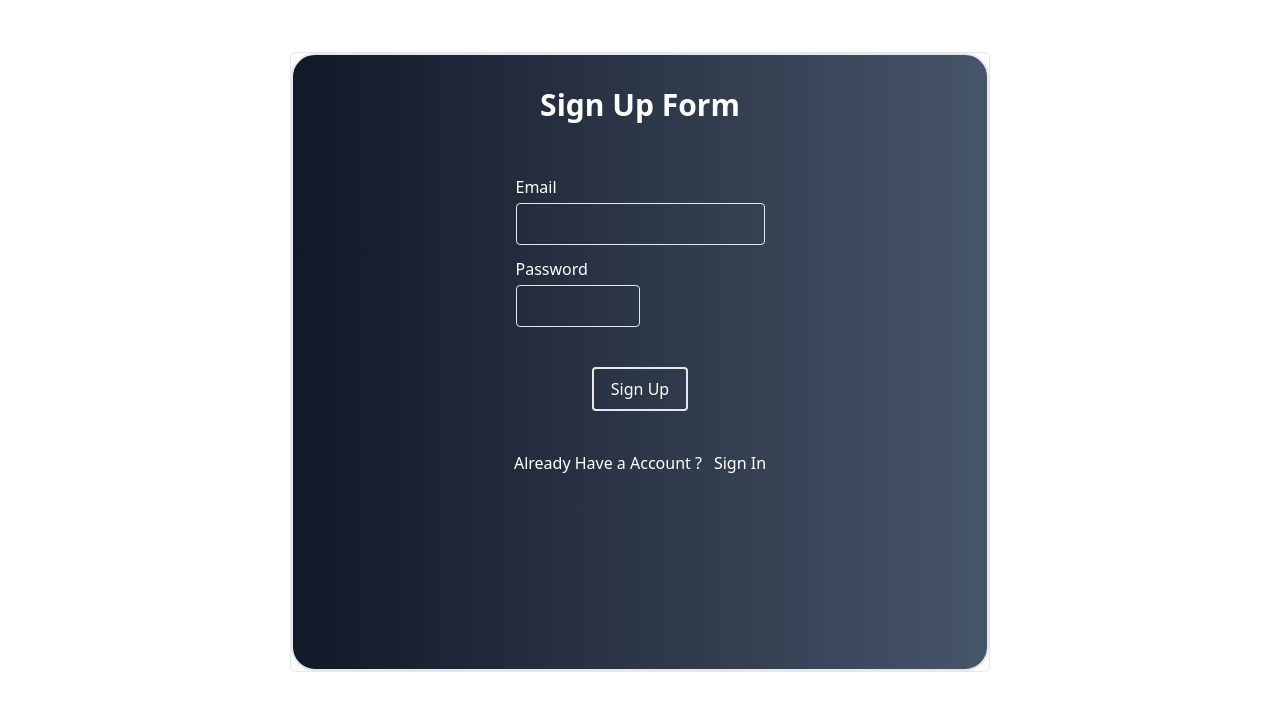
Repository: OmkarTidke8080/Assessment
Page: /sign-in (app in frontend/)
The author's editor kept a copy of each file at every save. The page is drawn from the files as they stood at one save, then again after the next save.
The browser window is 1280 px wide. The pictures show the whole page.
The project was rebuilt for these pictures with package versions that can differ from the ones it lists, and the page was loaded fresh each time. Also part of the build but not shown: frontend/vite.config.js, frontend/src/components/HomePage.jsx, frontend/src/components/SignUp.jsx.

Above is the page before, as saved 2024-10-19 22:17:25.

### frontend/src/App.jsx
import { useEffect, useState } from "react";
import "./App.css";
import LandingPage from "./components/HomePage.jsx";
import SignUp from "./components/SignUp.jsx";
import { BrowserRouter, Routes, Route } from "react-router-dom";
import ScaleLoader from "react-spinners/ScaleLoader";
import SignIn from "./components/SignIn.jsx";

function App() {
  const [isLoading, setIsLoading] = useState(true);

  useEffect(() => {
    const timer = setTimeout(() => {
      setIsLoading(false);
    }, 2000);

    return () => clearTimeout(timer);
  });
  return (
    <>
      {isLoading ? (
        <div
          style={{
            display: "flex",
            justifyContent: "center",
            alignItems: "center",
            height: "100vh",
            backgroundColor: "#fff",
          }}
        >
          {" "}
          <ScaleLoader />
        </div>
      ) : (
        <BrowserRouter>
          <Routes>
            <Route path={"/"} element={<LandingPage />} />
            <Route path={"/sign-up"} element={<SignUp />} />
            <Route path={"/sign-in"} element={<SignIn />} />
          </Routes>
        </BrowserRouter>
      )}
    </>
  );
}

export default App;

### frontend/src/components/SignIn.jsx
import React from 'react'

function SignIn() {
    return (
      <div className="flex justify-center items-center mt-5">
        <div className="flex border  rounded-md h-[620px] w-[700px]">
          <div className="form border-2 rounded-3xl text-white w-full bg-gradient-to-r from-gray-900 to-slate-600 ">
            <div className="form-heading text-center mt-8 mb-6">
              <h1 className="text-3xl font-bold text-white mb-2">
                Sign Up Form
              </h1>
            </div>
            <form>
              <div className="flex justify-center mt-10 ">
                <div>
                  <div className="mt-3">
                    <label htmlFor="email" className=" flex mb-1">
                      Email
                    </label>
                    <input
                      type="text"
                      id="email"
                      className="text-black bg-inherit w-full flex border rounded p-2"
                      required
                    />
                  </div>

                  <div className="mt-3 w-1/2">
                    <label htmlFor="username" className=" flex mb-1">
                      Password
                    </label>
                    <input
                      type="text"
                      id="FistName"
                      className="text-black bg-inherit w-full flex border rounded p-2"
                      required
                    />
                  </div>
                </div>
              </div>

              <div className="sign-up-button m-10">
                <button className="border-2 rounded p-2 w-24 hover:border-green-700 ">
                  Sign Up
                </button>
              </div>
              <div className="AlreadyAccount flex justify-center gap-x-3">
                <h2>Already Have a Account ?</h2>
                <button>Sign In</button>
              </div>
            </form>
          </div>
        </div>
      </div>
    );
}

export default SignIn

Loaded but not shown: frontend/index.html (common file); frontend/src/main.jsx (common file); frontend/src/index.css (common file); frontend/src/App.css (common file); frontend/tailwind.config.js (common file)

After the next save:
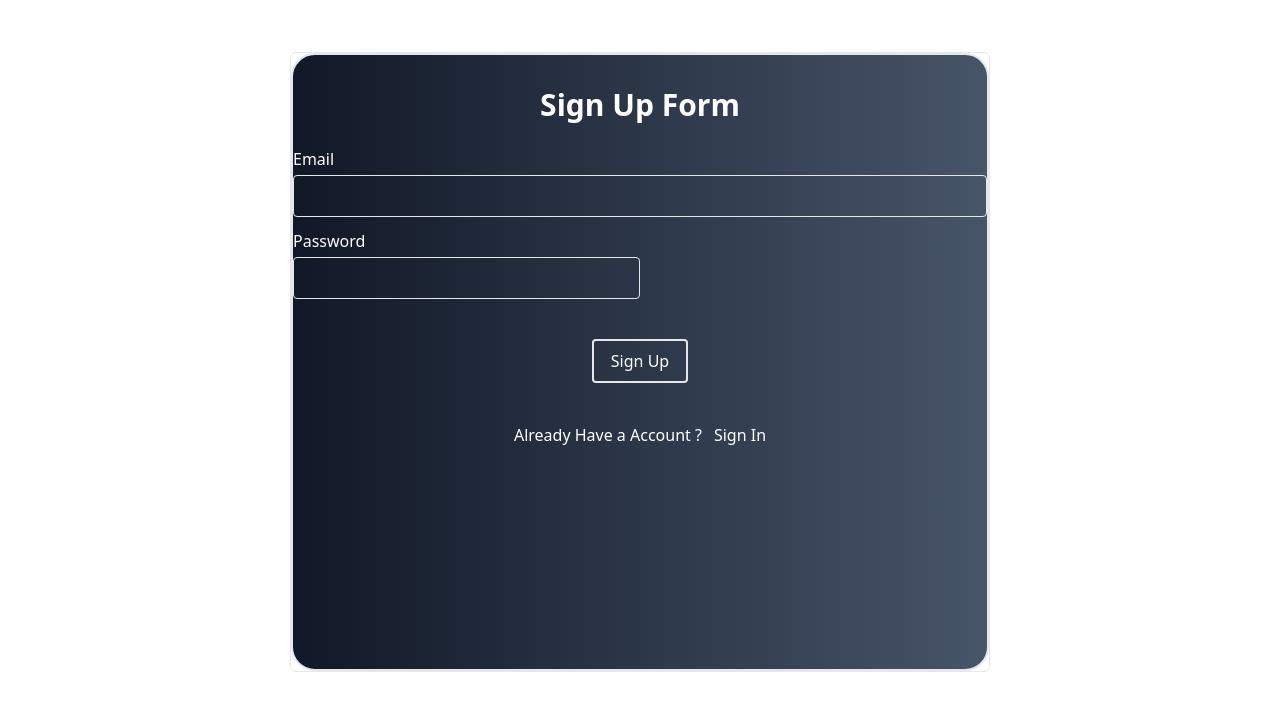
Saved 16 s later.
--- a/frontend/src/components/SignIn.jsx
+++ b/frontend/src/components/SignIn.jsx
@@ -11,7 +11,6 @@ function SignIn() {
               </h1>
             </div>
             <form>
-              <div className="flex justify-center mt-10 ">
                 <div>
                   <div className="mt-3">
                     <label htmlFor="email" className=" flex mb-1">
@@ -36,7 +35,6 @@ function SignIn() {
                       required
                     />
                   </div>
-                </div>
               </div>
 
               <div className="sign-up-button m-10">
